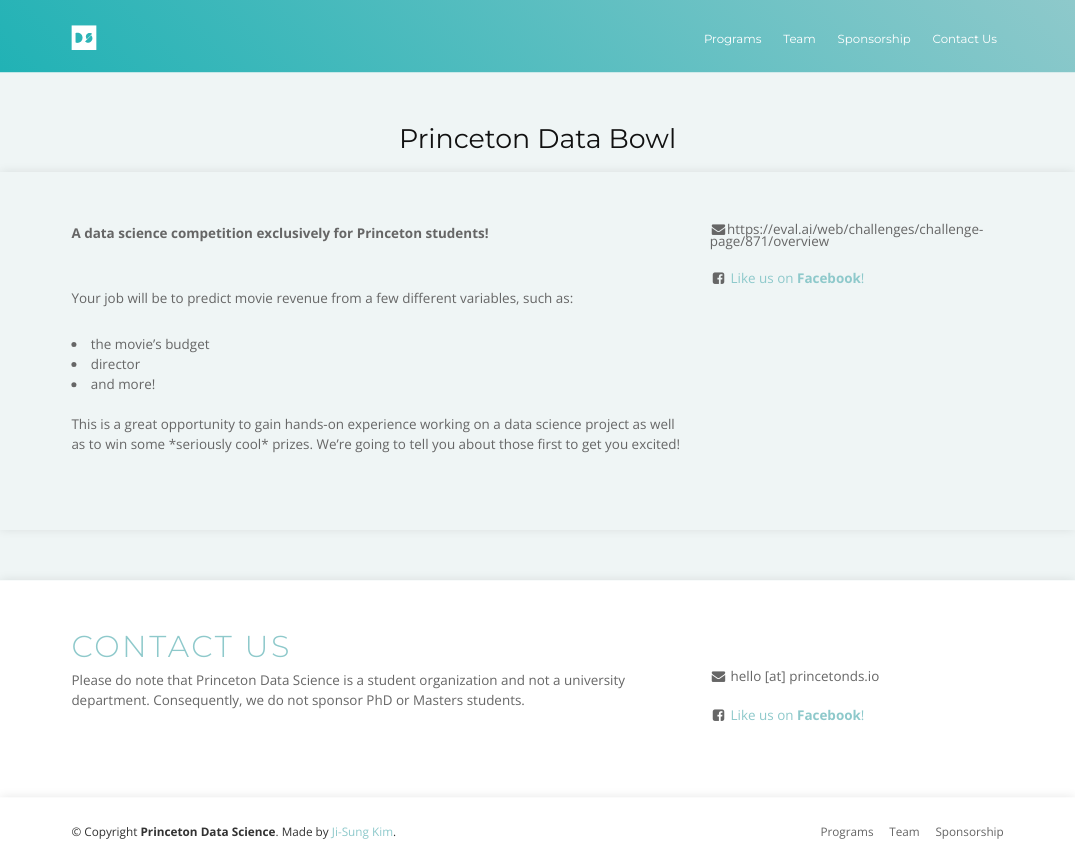
Repository: princetonds/princetonds.github.io
Page: team2.html
The author's editor kept a copy of each file at every save. The page is drawn from the files as they stood at one save, then again after the next save.
The browser window is 1280 px wide. The pictures show the whole page, at 84% of full size.

Above is the page before, as saved 2021-03-20 03:31:27.
Console error: TypeError: Cannot read properties of null (reading 'innerHTML')

After the next save:
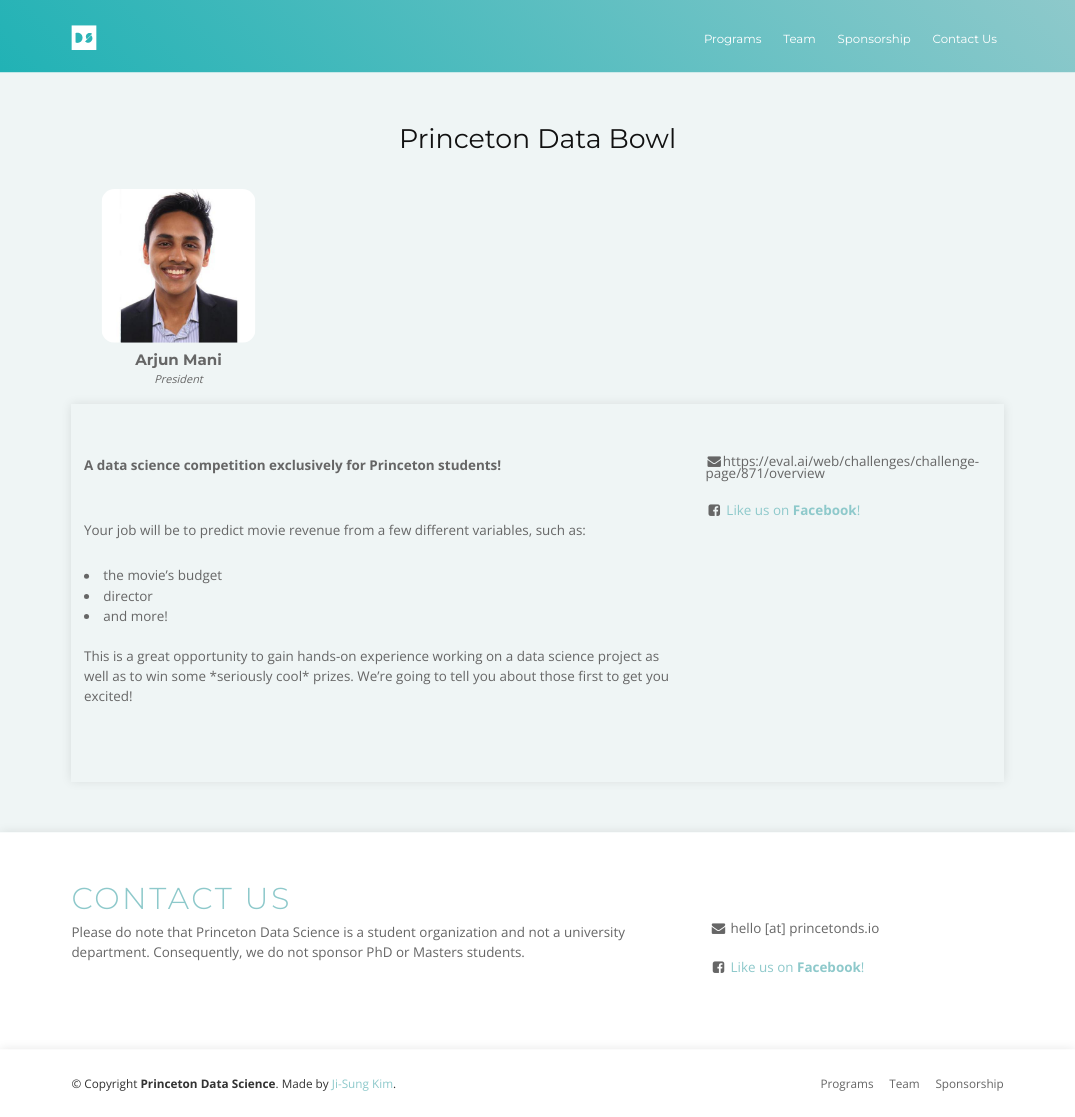
Saved 30 s later.
--- a/team2.html
+++ b/team2.html
@@ -90,6 +90,18 @@
       <div class="container">
         <div class="section-header">
           <h3 class="section-title">Princeton Data Bowl</h3>
+          <div class="row wow fadeInUp">
+            <div class="col-lg-3 col-md-3">
+              <h2 style="text-align:center; color:black"></h2>
+              <!-- <p style="text-align:center;">Enter team description here...</p> -->
+              <div class="member2">
+                <div class="pic"><img src="img/team/arjun.jpg" alt=""></div>
+                <h4>Arjun Mani</h4>
+                <span>President</span>
+                <!-- <div class="social">
+                  <p class="profile-description">.</p>
+                </div> -->
+              </div>
 
           <!-- <span class="section-divider"></span> -->
         </div>
